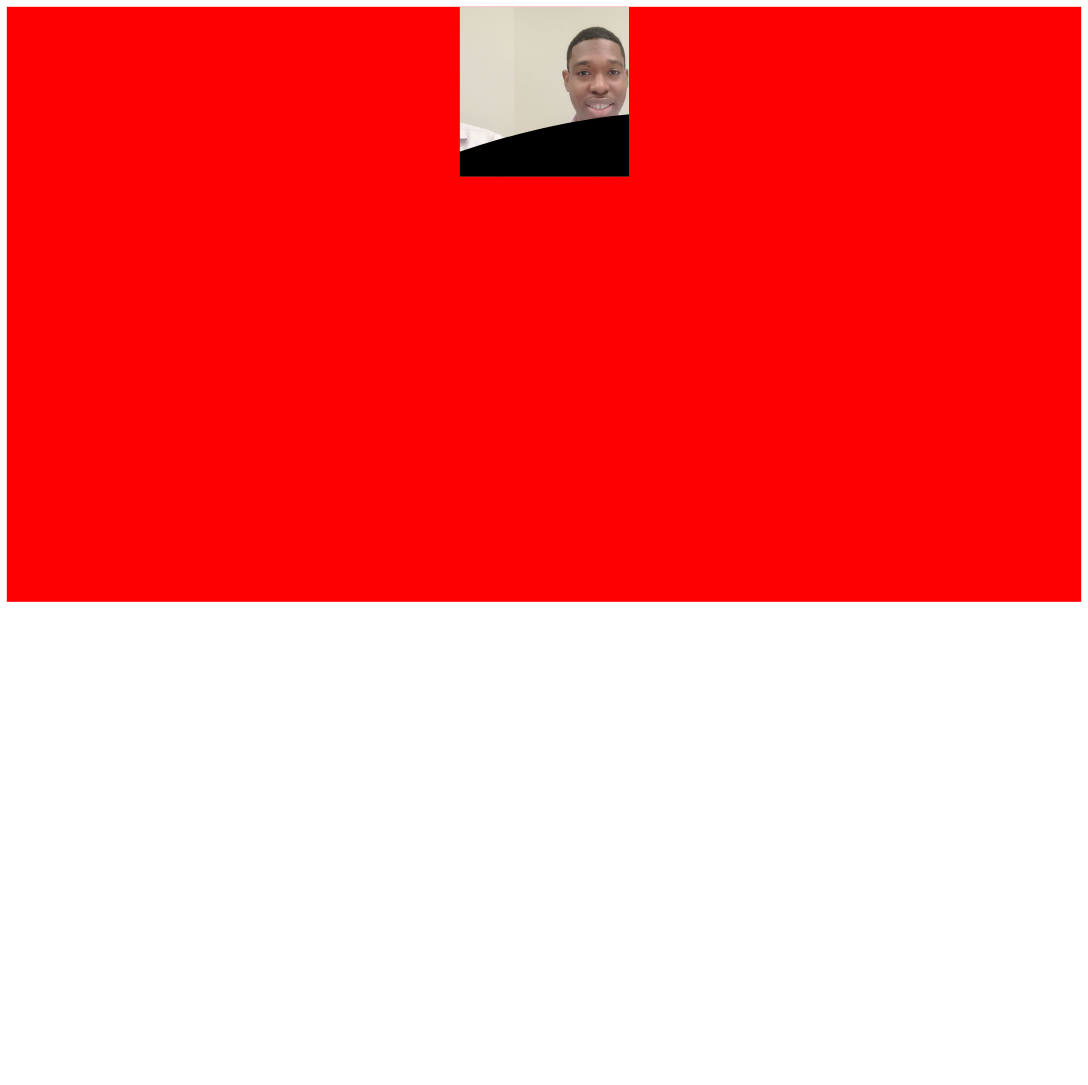
Repository: DNoel26/My_Dev_Portfolio
Page: index.html
These files come from the project's save history. The page is drawn as it stood at one moment and after a run of saves; the edit follows.
The browser window is 1280 px wide. The pictures show the whole page, at 85% of full size.

Above is the page before, as saved 2021-01-23 03:59:32.

After the next 2 saves:
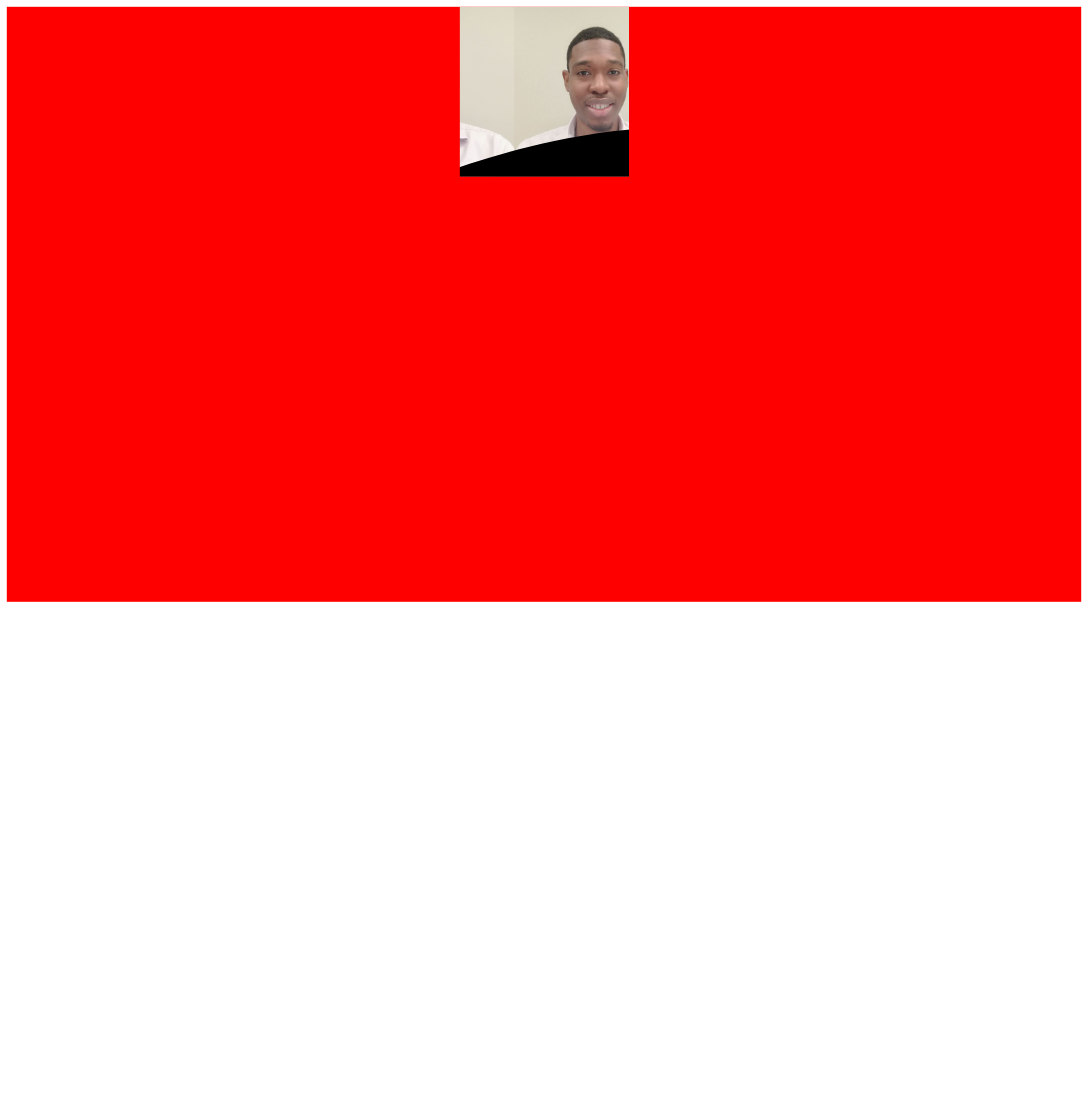
The 2 saves are shown as one change because they came seconds apart.
The last was saved 4 min 19 s later.
--- a/index.html
+++ b/index.html
@@ -9,6 +9,7 @@
 <body>
     <header>
         <div>
+            <img src="" alt="" class="svg-mask">
             <svg viewBox="0 0 200 200" xmlns="http://www.w3.org/2000/svg">
                 <!--<defs>
                     <pattern id="img1" patternUnits="userSpaceOnUse" width="100" height="100">
